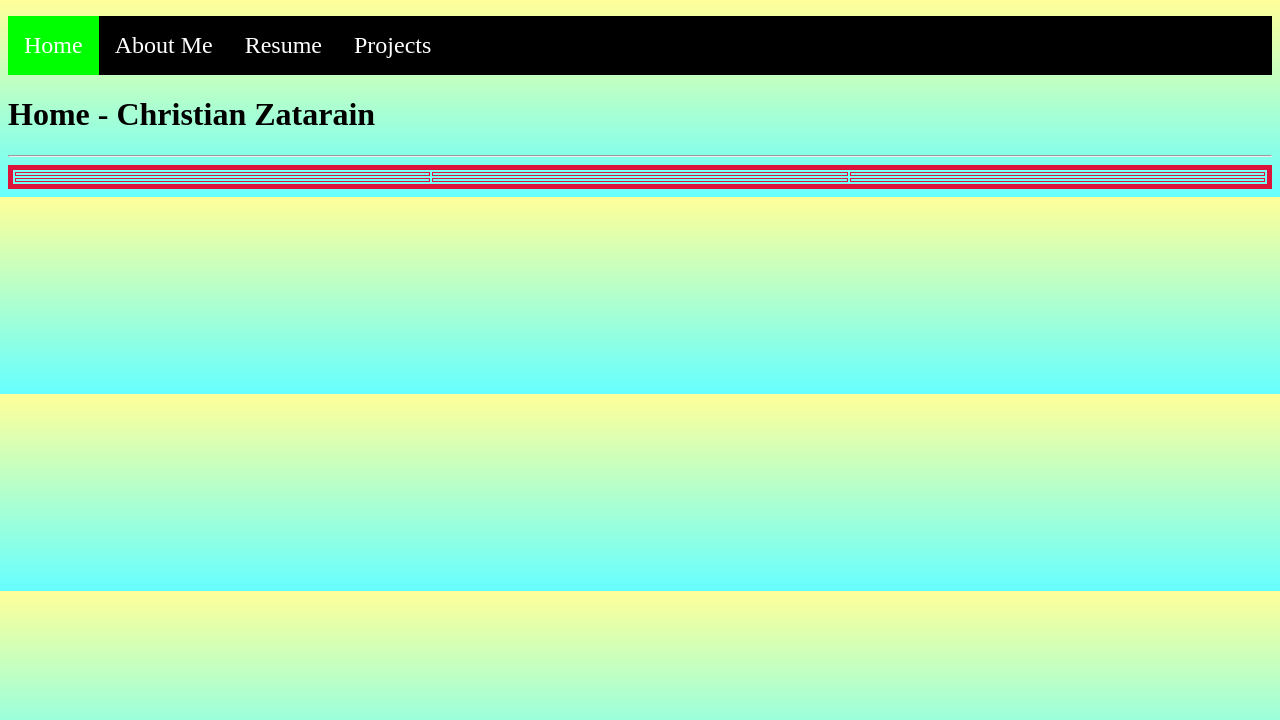
Repository: Zatarain10/Zatarain10.github.io
Page: index.html
The author's editor kept a record of every edit. The page is drawn from the files as they stood at one moment, then again after the next edit.
The browser window is 1280 px wide. The pictures show the whole page.

Above is the page before.

### index.html
<!DOCTYPE html>
<html>
    <head>
    <title>Home</title>
    <link rel="stylesheet" type="text/css" href="style.css">

    </head>
    <body>
        <ul class="navbar">
            <li class="active"><a href="/index.html">Home</a></li>
            <li><a href="aboutme.html">About Me</a></li>
            <li><a href="resume.html">Resume</a></li>
            <li class="dropdown">
                <div>Projects</div>
                <ul class="dropdown-content">
                    <li><a href="project1.html">Project 1</a></li>
                    <li><a href="project2.html">Project 2</a></li>
                    <li><a href="project3.html">Project 3</a></li>
                </ul>
            </li>
        </ul>

        <h1>Home - Christian Zatarain</h1>
        <hr>

        <table border="5"; bordercolor="crimson"; width="100%">
            <tr>
                <td></th>
                <td></th>
                <td></td>
            </tr>
            <tr>
                <td></td>
                <td></td>
                <td></td>
            </tr>
        </table>

    </body>
</html>

### style.css
        .navbar{
            list-style:none;
            background-color: Black;
            overflow:hidden;
            padding:0;
        }

        .navbar a, .dropdown div{
            text-decoration:none;
            color: white;
            font-size: 24px;
            padding: 16px;
            display:inline-block;
        }

        .navbar li{
            float:left;
        }

        .navbar li:hover{
            background-color:Cyan;
        }

        .dropdown-content{
            list-style:none;
            padding: 0;
            display:none;
            position:absolute;
            z-index:1;
            background-color: Black;
        }

        .dropdown-content li{
            float:none;
        }

        .dropdown:hover .dropdown-content{
            display:block;
        }

        .active{
            background-color:Lime;
        }

        body{
            background: linear-gradient(to top,#66ffff 0%, #ffff99 100%) ;
        }

After the next edit:
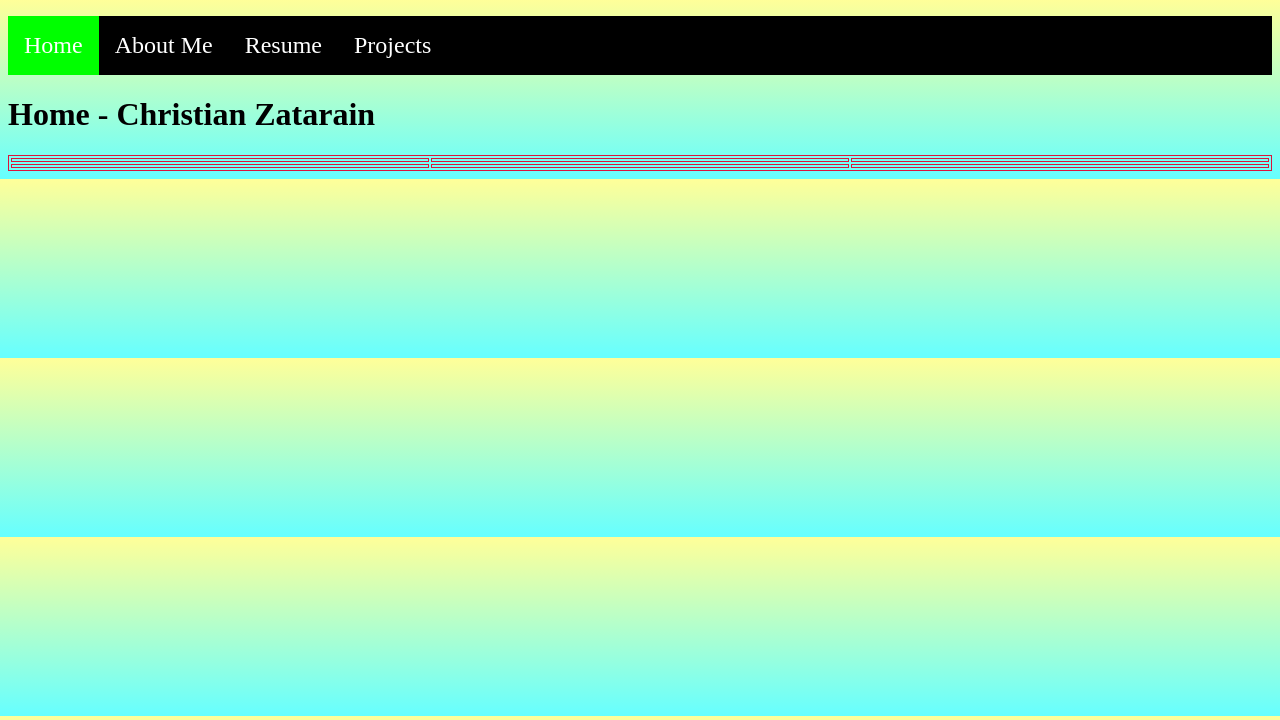
The edit:
--- a/index.html
+++ b/index.html
@@ -21,9 +21,8 @@
         </ul>
 
         <h1>Home - Christian Zatarain</h1>
-        <hr>
 
-        <table border="5"; bordercolor="crimson"; width="100%">
+        <table border="1"; bordercolor="crimson"; width="100%">
             <tr>
                 <td></th>
                 <td></th>

After the edit that followed:
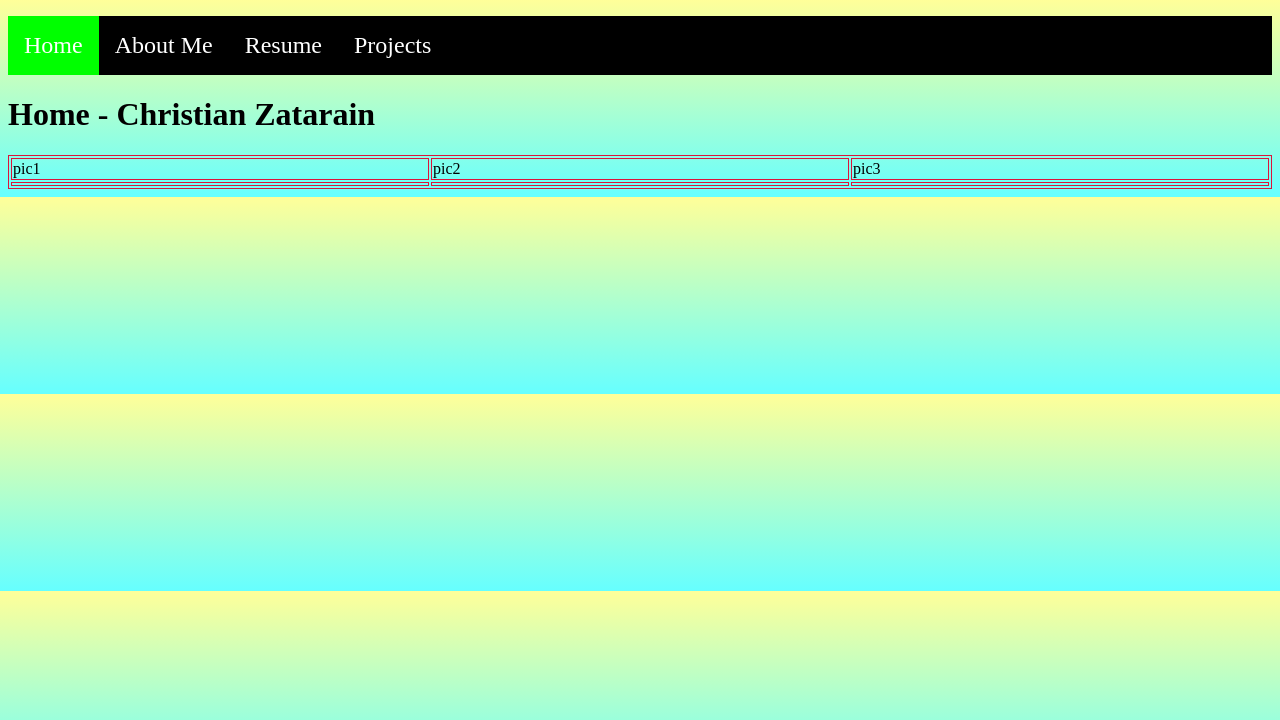
The edit:
--- a/index.html
+++ b/index.html
@@ -24,9 +24,9 @@
 
         <table border="1"; bordercolor="crimson"; width="100%">
             <tr>
-                <td></th>
-                <td></th>
-                <td></td>
+                <td>pic1</th>
+                <td>pic2</th>
+                <td>pic3</td>
             </tr>
             <tr>
                 <td></td>
